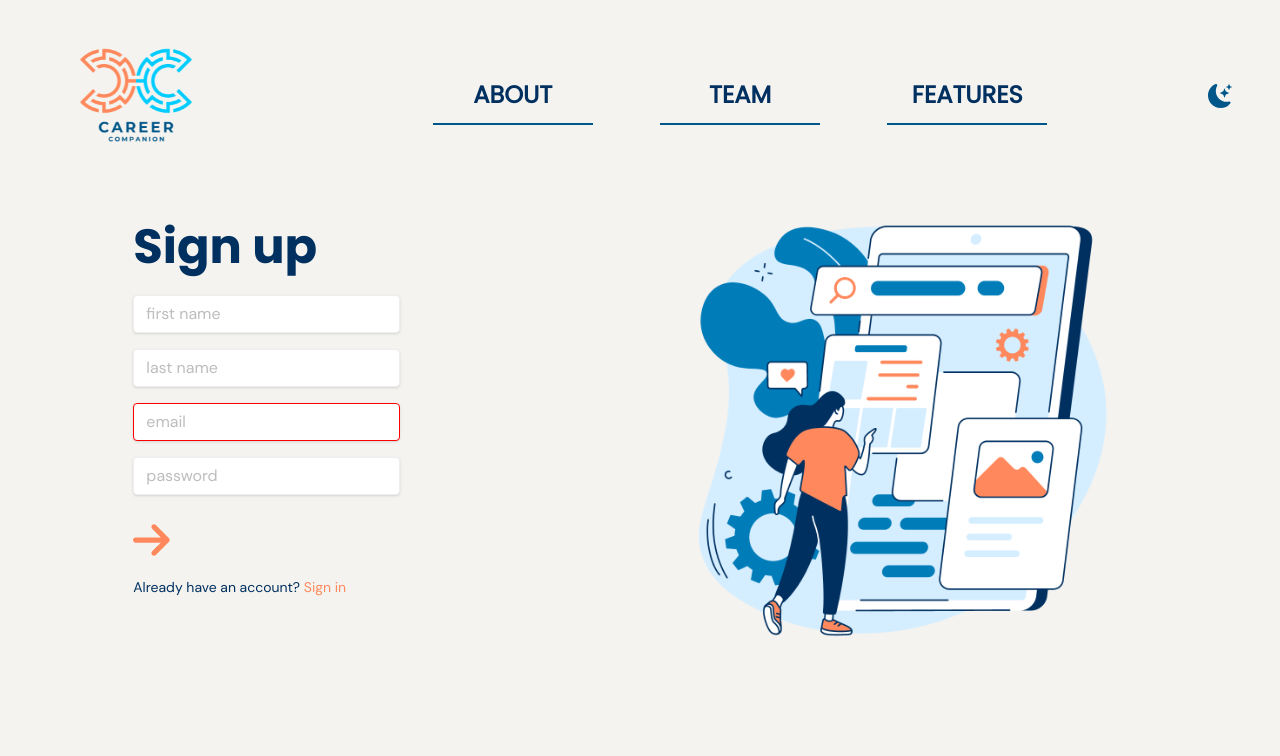
Repository: 221030169/AI-Powered-Career-Growth-and-Productivity-Platform-
Page: /signup (app in Career Companion/frontend/)
An editor plug-in stored every save of this project. The page is shown before and after the next save, followed by the edit.
The browser window is 1280 px wide. The pictures show the whole page.
The project was rebuilt for these pictures with package versions that can differ from the ones it lists, and the page was loaded fresh each time. Also part of the build but not shown: Career Companion/frontend/src/components/landingPage/LandingPage.js, Career Companion/frontend/src/components/auth/LoginForm.css, Career Companion/frontend/src/components/auth/LoginForm.js, Career Companion/frontend/src/components/jobSelection/JobSelection.css, Career Companion/frontend/src/components/jobSelection/JobSelection.js, Career Companion/frontend/src/components/questionsForm/QuestionsForm.css, Career Companion/frontend/src/components/questionsForm/QuestionsForm.js, Career Companion/frontend/src/components/Interview/Interview.css and 23 more.

Above is the page before, as saved 2025-11-25 21:10:38.

After the next save:
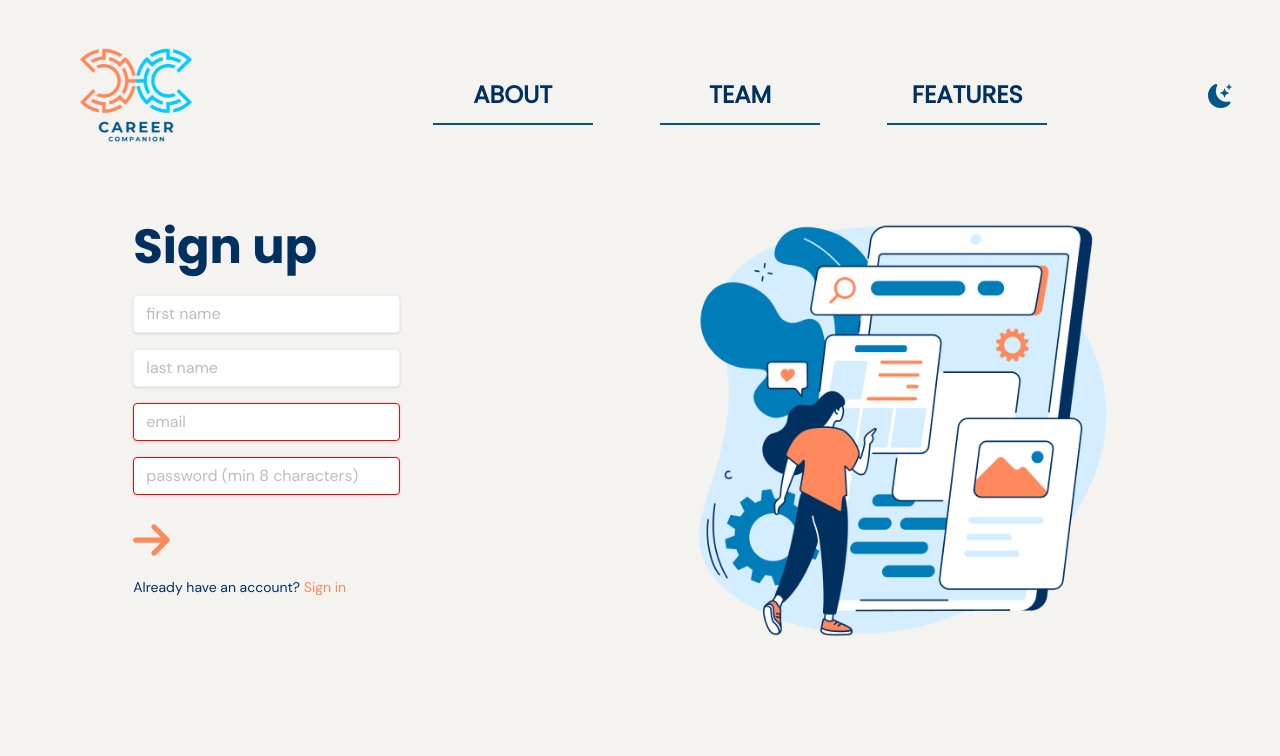
Saved 28 s later.
--- a/Career Companion/frontend/src/components/user/SignUpForm.js
+++ b/Career Companion/frontend/src/components/user/SignUpForm.js
@@ -183,10 +183,11 @@ const SignUpForm = ({ navigate }) => {
                 className="shadow appearance-none border rounded w-full py-2 px-3 text-gray-700 leading-tight focus:outline-none focus:shadow-outline"
                 id="password"
                 type="password"
-                placeholder="password"
-                pattern="[a-zA-Z0-9.-_!?]{8,20}"
+                placeholder="password (min 8 characters)"
+                minLength="8"
                 value={password}
                 onChange={handlePasswordChange}
+                required
               />
             </div>
             <div className="flex items-center justify-between">
